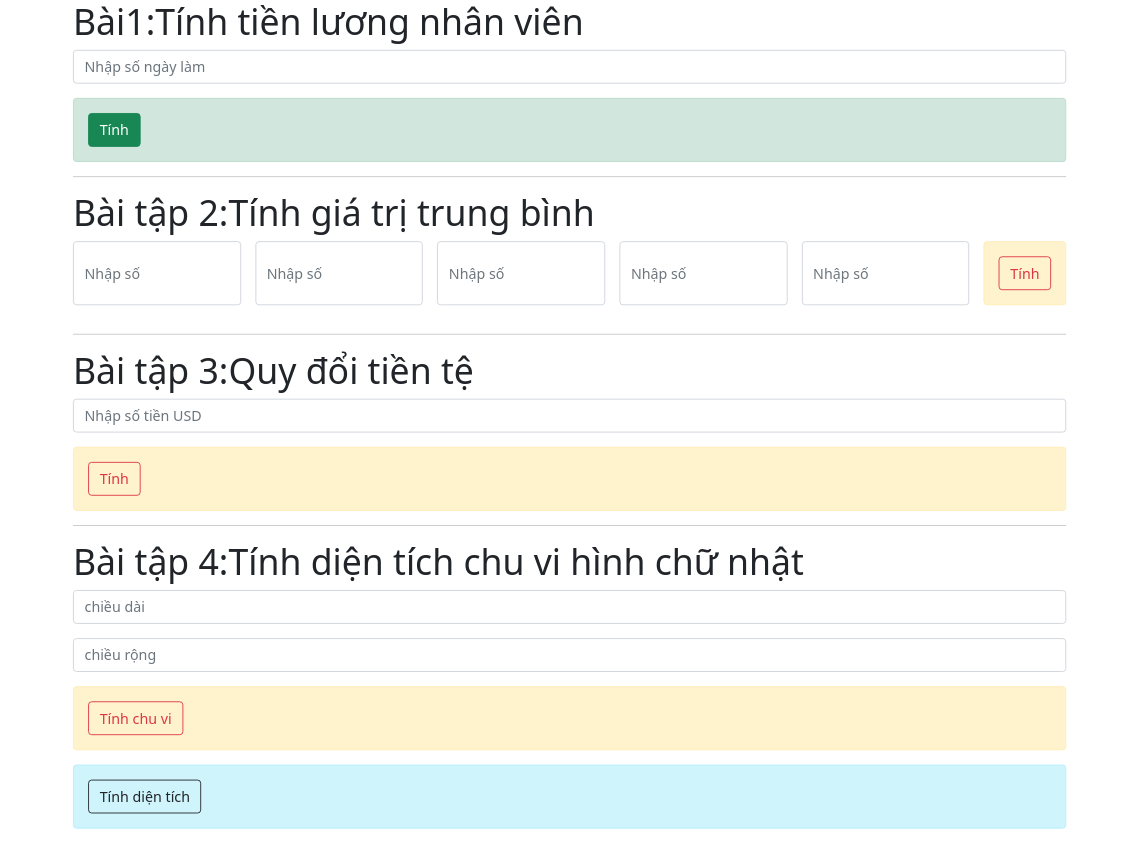
Repository: qkhanh1104k/Js-buoi2-3_giaodienbuoi1
Page: index.html
An editor plug-in stored every save of this project. The page is shown before and after the next save, followed by the edit.
The browser window is 1280 px wide. The pictures show the whole page, at 89% of full size.

Above is the page before, as saved 2022-07-21 11:32:17.

After the next save:
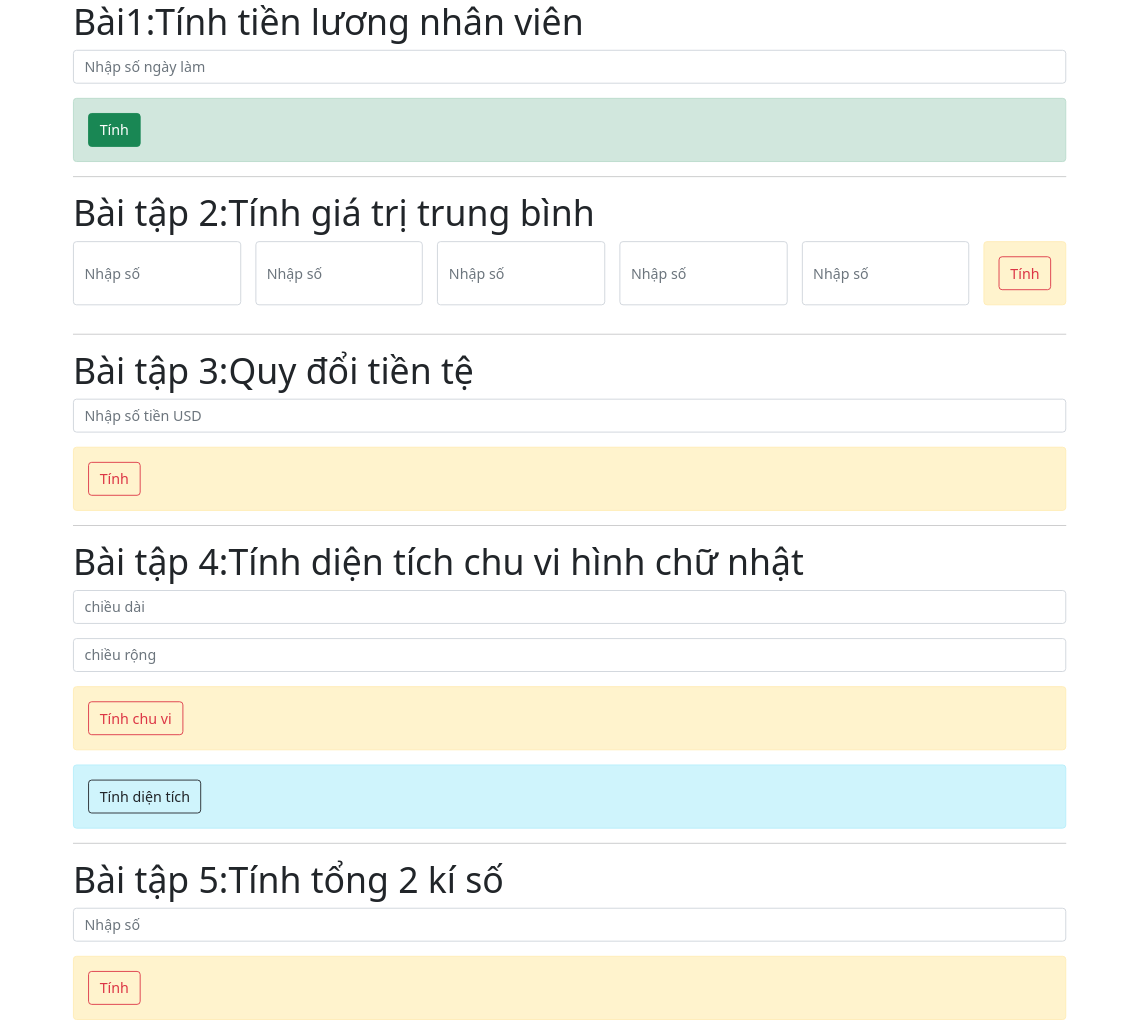
Saved 4 s later.
--- a/index.html
+++ b/index.html
@@ -60,6 +60,14 @@
                 <button class="btn btn-outline-dark" onclick="calcSquare()">Tính diện tích</button>
             </div>
         </div>
+        <hr>
+        <h1>Bài tập 5:Tính tổng 2 kí số </h1>
+        <div>
+            <input type="text" class="form-control mb-3" id="txtNumBt5" placeholder="Nhập số">
+            <div class="alert alert-warning" id="resBt5">
+                <button class="btn btn-outline-danger" onclick="calcSum()">Tính</button>
+            </div>
+        </div>
     </div>
 
 
